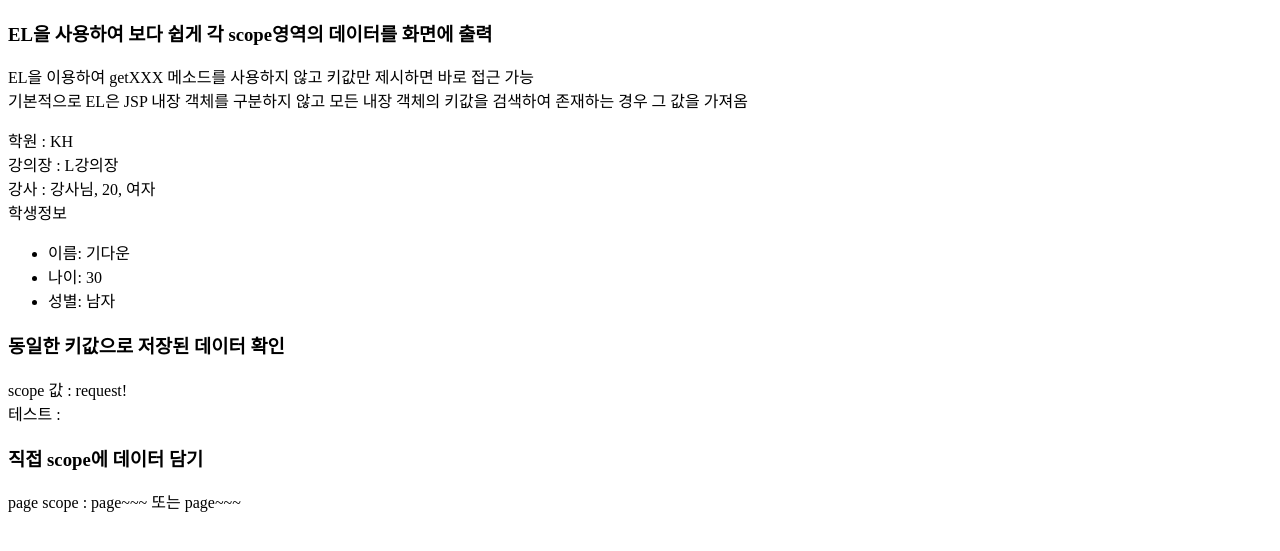
Repository: hailey-516/servlet
Page: http://localhost/3_elAction/el.do
An editor plug-in stored every save of this project. The page is shown before and after the next save, followed by the edit.
The browser window is 1280 px wide. The pictures show the whole page.
The page is served by Tomcat 9.

Above is the page before, as saved 2024-08-26 03:21:32.

After the next save:
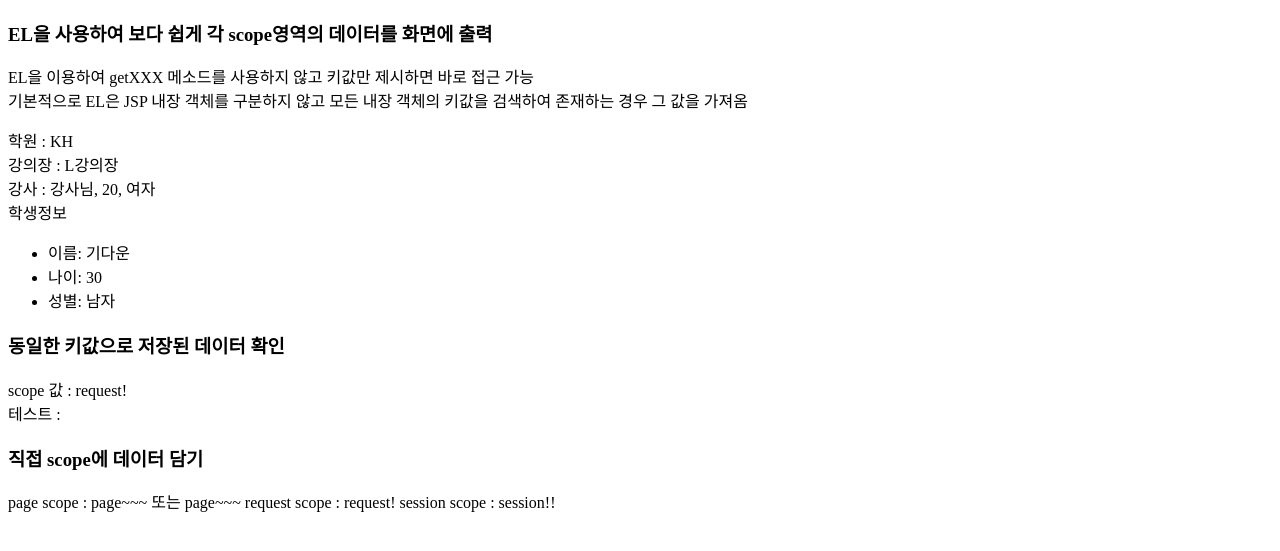
Saved 40 s later.
--- a/3_elAction/src/main/webapp/views/1_EL/01_el.jsp
+++ b/3_elAction/src/main/webapp/views/1_EL/01_el.jsp
@@ -71,6 +71,8 @@
 	 %>
 
 	 page scope : ${ scope } 또는 ${ pageScope.scope }
+	 request scope : ${ requestScope.scope }
+	 session scope : ${ sessionScope.scope }
 
 </body>
 </html>
